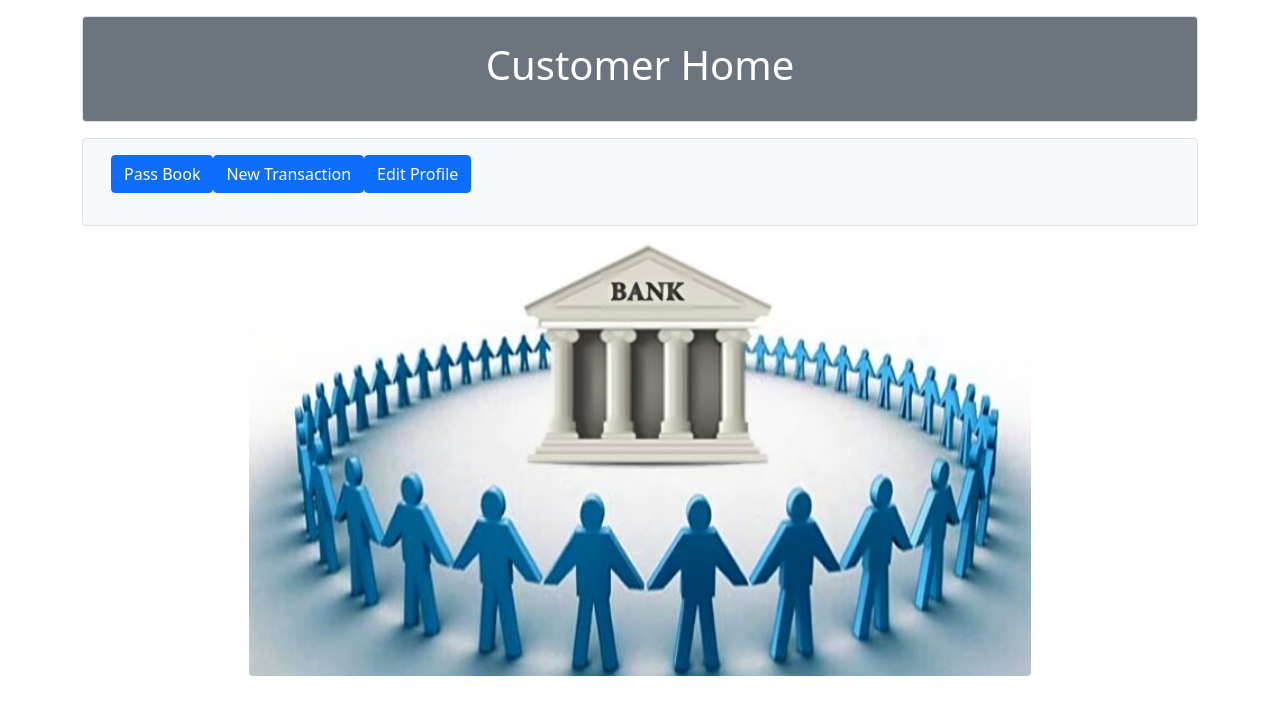
Repository: shivamaninalla/Bank-Application-JSP
Page: http://localhost/10-BankApplication/cust-home.jsp
These files come from the project's save history. The page is drawn as it stood at one moment and after the next save; the edit follows.
The browser window is 1280 px wide. The pictures show the whole page.
The page is served by Tomcat 9.

Above is the page before, as saved 2024-07-20 18:30:23.

After the next save:
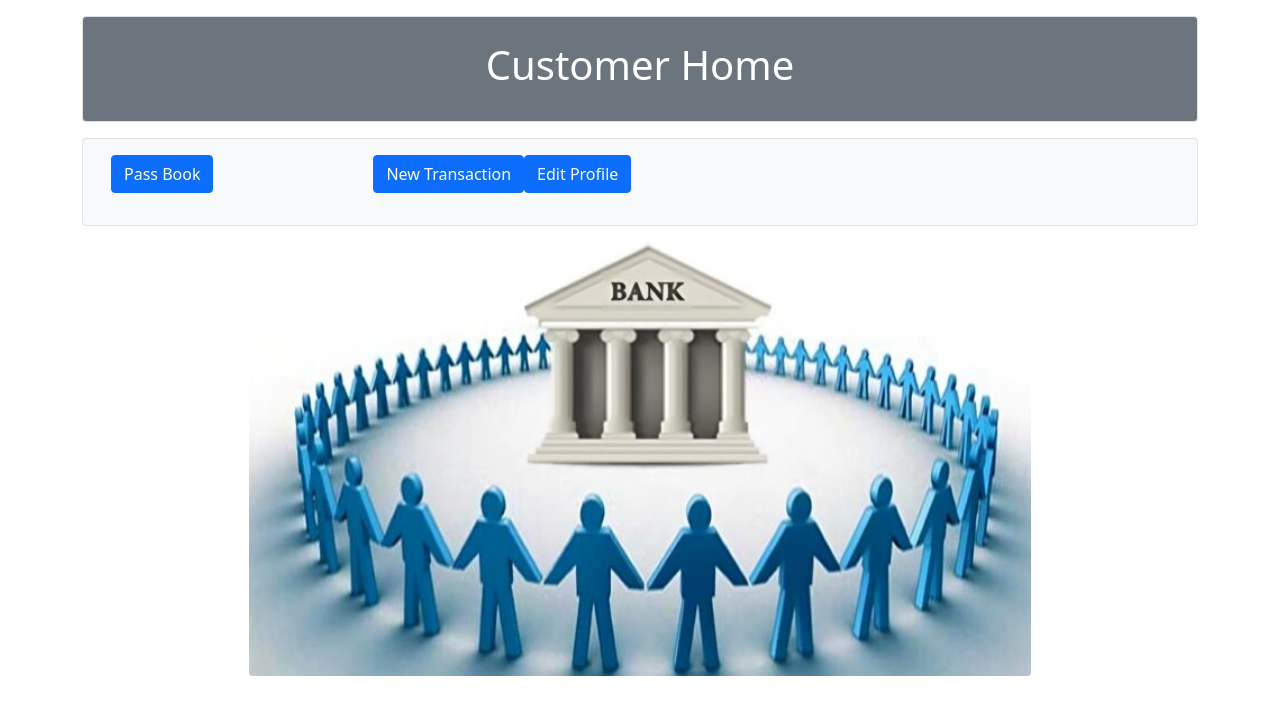
Saved 4 min 40 s later.
--- a/10-BankApplication/WebContent/cust-home.jsp
+++ b/10-BankApplication/WebContent/cust-home.jsp
@@ -27,7 +27,8 @@
         <div class="container-fluid">
             <form action="user" method="get">
                 <div class="d-flex justify-content-around">
-                    <button type="submit" name="UserController" value="Pass Book" class="btn btn-primary">Pass Book</button>
+
+                    <button type="submit" name="UserController" value="Pass Book" class="btn btn-primary" style="margin-right: 10rem">Pass Book</button>
                     <button type="submit" name="UserController" value="New Transaction" class="btn btn-primary">New Transaction</button>
                     <button type="submit" name="UserController" value="Edit Profile" class="btn btn-primary">Edit Profile</button>
                 </div>
